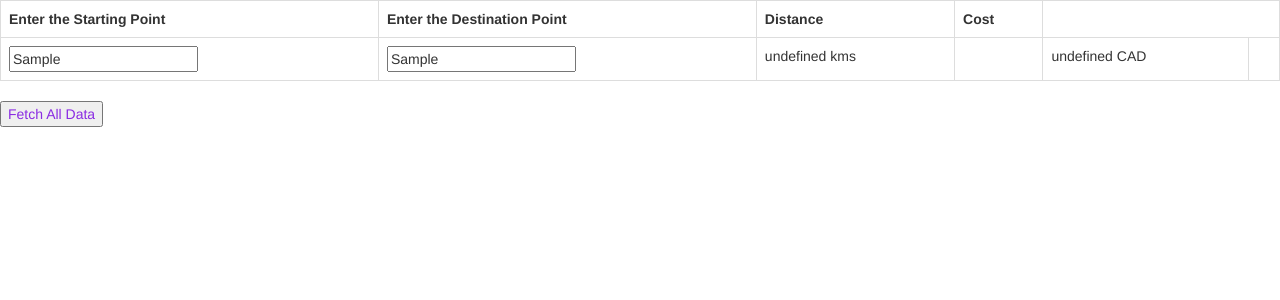
Repository: Gundeep-repos/407ETR_Assignment
Page: http://localhost/407ETR_Gundeep_Singh_assignment/
The author's editor kept a copy of each file at every save. The page is drawn from the files as they stood at one save, then again after the next save.
The browser window is 1280 px wide. The pictures show the whole page.
Empty fields were first filled with sample values (such as "Sample", 5 or name@example.com).
After loading, the first visible `button` was clicked once.
The page is served by Tomcat 9. Other server files are loaded and not shown.

Above is the page before, as saved 2021-07-04 17:38:29.

### 407ETR_Gundeep_Singh_assignment/WebContent/index.jsp
<%@ page language="java" contentType="text/html; charset=ISO-8859-1" pageEncoding="ISO-8859-1"%>
<!DOCTYPE html PUBLIC "-//W3C//DTD HTML 4.01 Transitional//EN" "http://www.w3.org/TR/html4/loose.dtd">
<html>
<head>

<link href="css/bootstrap.css" rel="stylesheet" type="text/css"/>
<script src="jquery-1.12.2.min.js" type="text/javascript"></script>
<script src="js/bootstrap.js" type="text/javascript"></script>

<meta http-equiv="Content-Type" content="text/html; charset=ISO-8859-1">
<title>Insert title here</title>
<script>


function fetchCD(){


	var startingReference = document.getElementById("startingPoint").value;
	var destinationReference = document.getElementById("destinationPoint").value;
	var xhr = new XMLHttpRequest;


    // CORS Policy, should allow OPTIONS
    // AJAX uses OPTIONS instead of GET, POST which are enabled by default

    xhr.open("GET", "./ServiceClass?start="+startingReference+"&end="+destinationReference, true);

    // xhr.setRequestHeader('Access-Control-Allow-Origin','*');
    // xhr.setRequestHeader('Access-Control-Allow-Methods', 'OPTIONS');
    // xhr.setRequestHeader('Access-Control-Allow-Credentials', 'true');

    //for response receiving
    xhr.onreadystatechange = function ()
    {

    	if(xhr.readyState == 4 && xhr.status == 200){
    		alert("Hello");
    		var res = xhr.responseText.trim();

                console.log(res);

                var mainObj = JSON.parse(res);

                if(mainObj["status"] == "null"){
                	alert("Start Destination and End Destination should have some value")
                }

                document.getElementById("distance").innerHTML=mainObj["tripDistance"]+" kms";
                document.getElementById("cost").innerHTML=mainObj["costOfTrip"]+" CAD";
    	}

    };

    	xhr.send("Sent dete");

}



</script>
</head>
<body>

<div style="center">
<table class="table table-bordered">
<tr>
<th>Enter the Starting Point</th>
<th>Enter the Destination Point</th>
<th>Distance</th>
<th>Cost</th>
</tr>
<tr>
<td><input type="text" id="startingPoint"/></td>
<td><input type="text" id="destinationPoint"/></td>
<td id = "distance"><td>
<td id = "cost"><td>
</tr>
</table>
</div>
<button style="color: blueviolet" onclick="fetchCD()">Fetch All Data</button>
</body>
</html>

### 407ETR_Gundeep_Singh_assignment/src/ServiceClass.java

import java.io.FileReader;
import java.io.FileWriter;
import java.io.IOException;
import java.io.PrintWriter;
import java.nio.file.Path;
import java.nio.file.Paths;
import java.util.ArrayList;
import java.util.Arrays;
import java.util.HashMap;
import java.util.Iterator;
import java.util.Map;

import org.json.simple.JSONArray;
import org.json.simple.JSONObject;

import org.json.simple.parser.JSONParser;
import org.junit.Test;

import javax.servlet.ServletException;
import javax.servlet.annotation.WebServlet;
import javax.servlet.http.HttpServlet;
import javax.servlet.http.HttpServletRequest;
import javax.servlet.http.HttpServletResponse;


/**
 * Servlet implementation class ServiceClass
 */
@WebServlet("/ServiceClass")
public class ServiceClass extends HttpServlet {
	private static final long serialVersionUID = 1L;

    /**
     * @see HttpServlet#HttpServlet()
     */
    public ServiceClass() {
        super();
        // TODO Auto-generated constructor stub
    }

	/**
	 * @see HttpServlet#doGet(HttpServletRequest request, HttpServletResponse response)
	 */
	@SuppressWarnings("unchecked")
	protected void doGet(HttpServletRequest request, HttpServletResponse response) throws ServletException, IOException {
		// TODO Auto-generated method stub

		response.setContentType("text/html;charset=UTF-8");
		PrintWriter out = response.getWriter();

		JSONObject returnedObject = null;

		JSONParser parser = new JSONParser();

		String sPoint = request.getParameter("start");
		String ePoint = request.getParameter("end");

		if(sPoint==null || ePoint==null) {

			JSONObject nullObject = new JSONObject();

			nullObject.put("status", "null");
			nullObject.put("message", "Null Values Passed");

			returnedObject = nullObject;
			out.print(returnedObject.toJSONString());
 		}else {
			HelperClass helperObj = new HelperClass();
			returnedObject = helperObj.calculate(sPoint, ePoint);
			out.print(returnedObject.toJSONString());

		}


}

	/**
	 * @see HttpServlet#doPost(HttpServletRequest request, HttpServletResponse response)
	 */
	protected void doPost(HttpServletRequest request, HttpServletResponse response) throws ServletException, IOException {
		// TODO Auto-generated method stub
		doGet(request, response);
	}

}

### 407ETR_Gundeep_Singh_assignment/src/HelperClass.java
import java.io.File;
import java.io.FileReader;
import java.util.Arrays;
import java.util.HashMap;
import java.util.Map;

import org.json.simple.JSONArray;
import org.json.simple.JSONObject;
import org.json.simple.parser.JSONParser;

public class HelperClass {

	@SuppressWarnings("unchecked")
	public JSONObject calculate(String sPoint, String ePoint) {
		JSONParser parser = new JSONParser();
		JSONObject finalResponse = new JSONObject();

		try {


			Object obj = parser.parse(new FileReader("D:\\407\\407ETR_Gundeep_Singh_assignment\\src\\DataObjects\\interchanges.json"));


			// A JSON object. Key value pairs are unordered. JSONObject supports java.util.Map interface.
			JSONObject jsonObject = (JSONObject) obj;
			 JSONObject intersections = (JSONObject)jsonObject.get("locations");


			Object[] newArray = intersections.keySet().toArray();

			Map<String,String> pairValues = new HashMap<>();

			for (Object entry : newArray) {

				JSONObject intersection = (JSONObject)intersections.get(entry.toString());
				pairValues.put(intersection.get("name").toString().toUpperCase(),entry.toString());
			}


			String idOfStartPoint = pairValues.get(sPoint.toUpperCase());
			String idOfDestinationPoint = pairValues.get(ePoint.toUpperCase());

			System.out.println(idOfStartPoint);


			JSONObject startPointObject = (JSONObject) intersections.get(idOfStartPoint);
//			JSONObject endPointObject = (JSONObject) intersections.get(idOfDestinationPoint);

			float distance = 0.0f;
			float cost = 0.0f;

			System.out.println(startPointObject);

			while(Integer.parseInt(idOfStartPoint ) != Integer.parseInt(idOfDestinationPoint)) {
				if(Integer.parseInt(idOfStartPoint ) < Integer.parseInt(idOfDestinationPoint)) {
					JSONArray routes = (JSONArray) startPointObject.get("routes");
					JSONObject route = (JSONObject)routes.get(0);
					String toId = route.get("toId").toString();

					idOfStartPoint = toId;
					distance = distance + Float.parseFloat(route.get("distance").toString());
					startPointObject = (JSONObject) intersections.get(idOfStartPoint);


				}else {
					JSONArray routes = (JSONArray) startPointObject.get("routes");
					JSONObject route = (JSONObject)routes.get(1);
					String toId = route.get("toId").toString();

					idOfStartPoint = toId;
					distance = distance + Float.parseFloat(route.get("distance").toString());
					startPointObject = (JSONObject) intersections.get(idOfStartPoint);

				}
			}
			cost = 0.25f * distance;

			System.out.println(cost);
			System.out.println(distance);

			finalResponse.put("status", "success");
			finalResponse.put("message", "The Request Completed Successfuly");
			finalResponse.put("tripDistance", distance);
			finalResponse.put("costOfTrip", cost);

			return finalResponse;
//			out.print(finalResponse.toJSONString());

		}catch(Exception e) {
			e.printStackTrace();
		}
		return finalResponse;
	}

}

Loaded but not shown: 407ETR_Gundeep_Singh_assignment/WebContent/css/bootstrap.css (library); 407ETR_Gundeep_Singh_assignment/WebContent/jquery-1.12.2.min.js (library); 407ETR_Gundeep_Singh_assignment/WebContent/js/bootstrap.js (library)

After the next save:
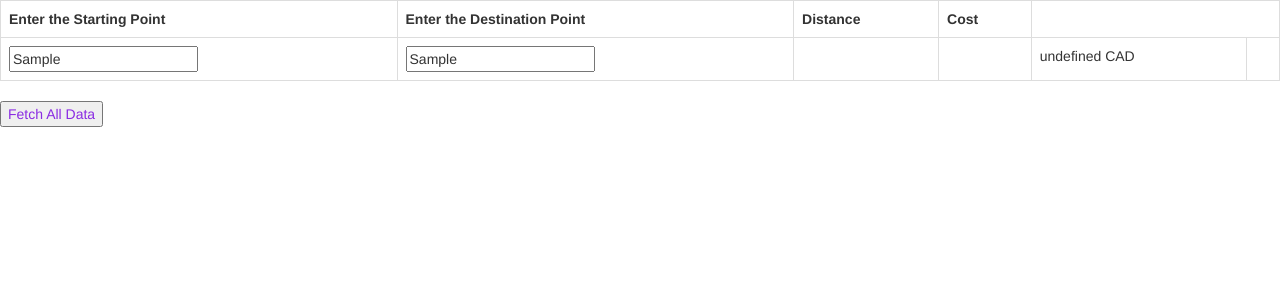
Saved 20 s later.
--- a/407ETR_Gundeep_Singh_assignment/WebContent/index.jsp
+++ b/407ETR_Gundeep_Singh_assignment/WebContent/index.jsp
@@ -43,7 +43,7 @@
 
                 if(mainObj["status"] == "null"){
                 	alert("Start Destination and End Destination should have some value")
-                }
+                }else if(mainObj["status"] == "fail")
 
                 document.getElementById("distance").innerHTML=mainObj["tripDistance"]+" kms";
                 document.getElementById("cost").innerHTML=mainObj["costOfTrip"]+" CAD";

After the save that followed:
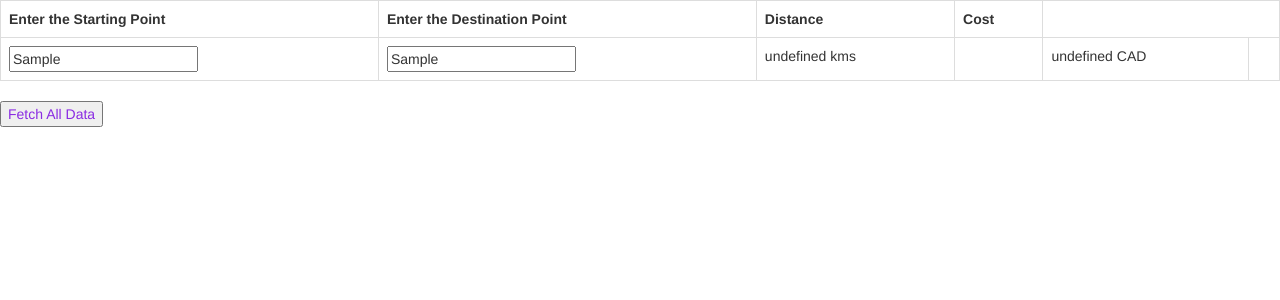
Saved 59 s later.
--- a/407ETR_Gundeep_Singh_assignment/WebContent/index.jsp
+++ b/407ETR_Gundeep_Singh_assignment/WebContent/index.jsp
@@ -43,7 +43,9 @@
 
                 if(mainObj["status"] == "null"){
                 	alert("Start Destination and End Destination should have some value")
-                }else if(mainObj["status"] == "fail")
+                }else if(mainObj["status"] == "fail"){
+                	alert("Incorrect Spellings for either Start/ End Destination")
+                }
 
                 document.getElementById("distance").innerHTML=mainObj["tripDistance"]+" kms";
                 document.getElementById("cost").innerHTML=mainObj["costOfTrip"]+" CAD";
